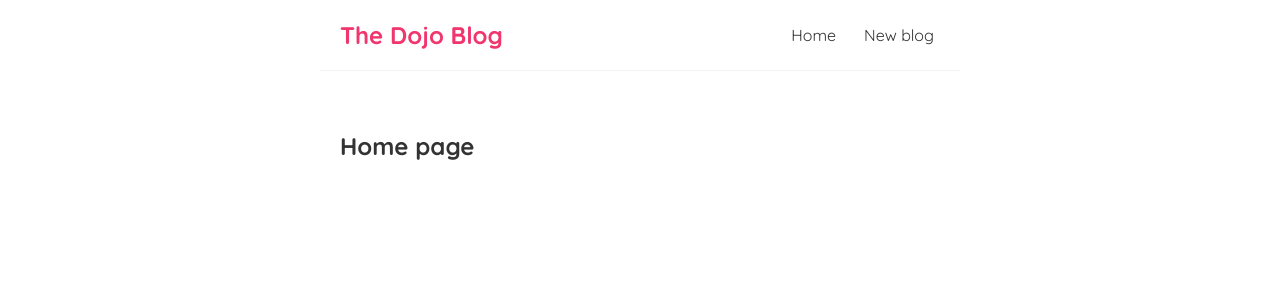
Repository: Samkiroko/full-reacr-ninja
Page: /
These files come from the project's save history. The page is drawn as it stood at one moment and after the next save; the edit follows.
The browser window is 1280 px wide. The pictures show the whole page.
The project was rebuilt for these pictures with package versions that can differ from the ones it lists, and the page was loaded fresh each time.

Above is the page before, as saved 2021-07-19 16:16:03.

After the next save:
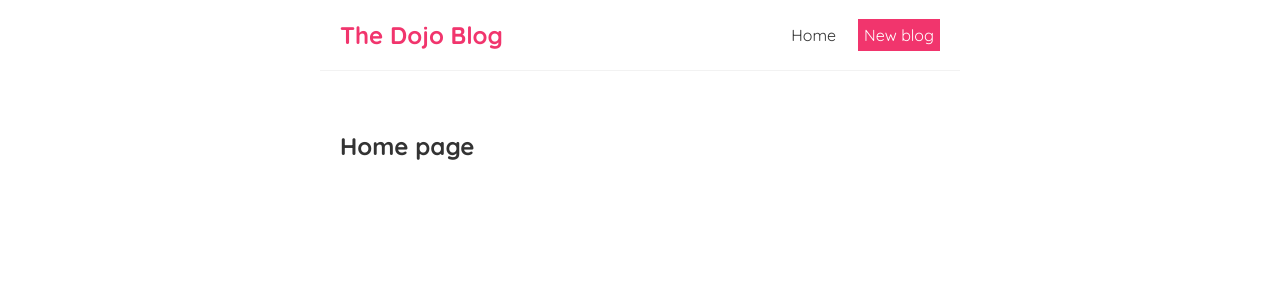
Saved 69 min 24 s later.
--- a/src/Navbar.js
+++ b/src/Navbar.js
@@ -7,7 +7,14 @@ const Navbar = () => {
       <div className='links'>
         <a href='/'>Home</a>
 
-        <a href='/create'>New blog</a>
+        <a
+          href='/create'
+          style={{
+            color: 'white',
+            backgroundColor: '#f1356d',
+          }}>
+          New blog
+        </a>
       </div>
     </nav>
   )
